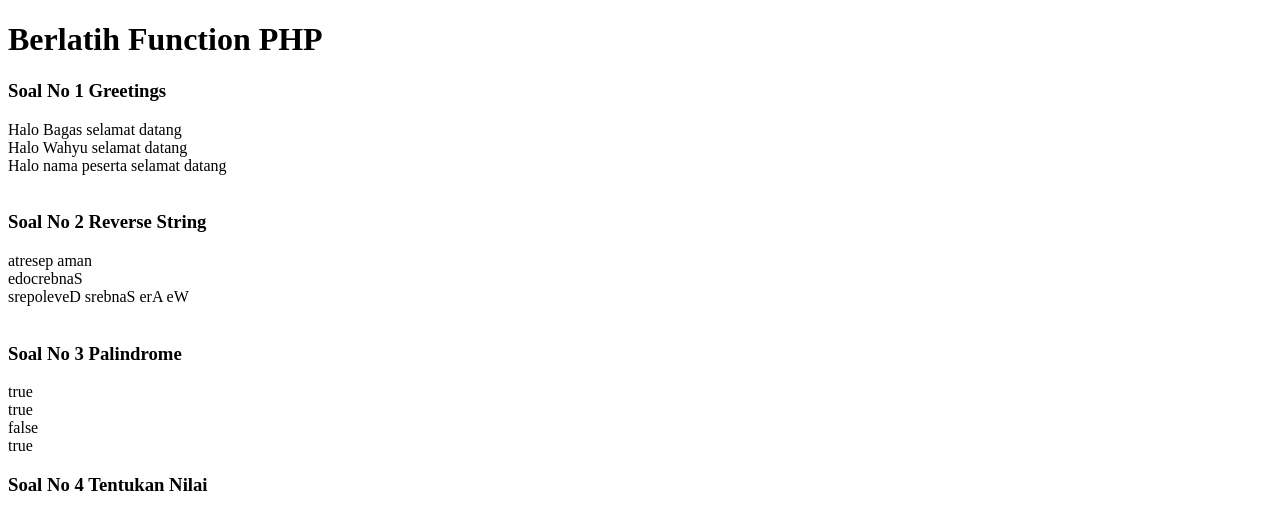
Repository: mfarhannr/IM-Sanbercode-Laravel-Web-Dev
Page: http://localhost/function-conditional.php
The author's editor kept a copy of each file at every save. The page is drawn from the files as they stood at one save, then again after the next save.
The browser window is 1280 px wide. The pictures show the whole page.
The page is run by PHP 8.4 with error messages shown; the project is at /var/www/html/.

Above is the page before, as saved 2023-10-06 13:30:21.

After the next save:
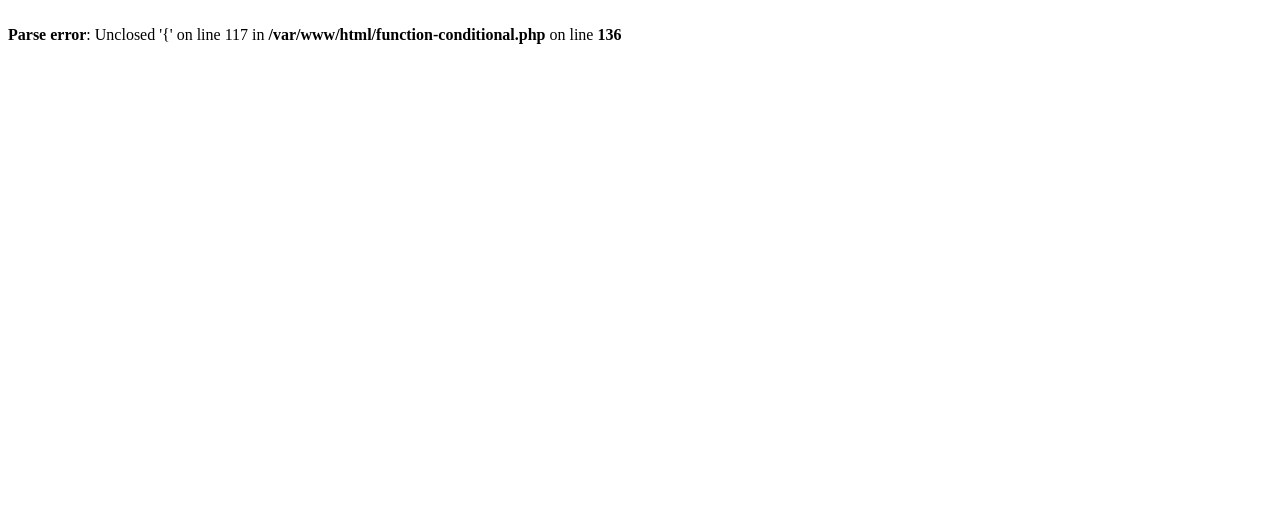
Saved 7 s later.
--- a/Soal-8-PHP/function-conditional.php
+++ b/Soal-8-PHP/function-conditional.php
@@ -120,7 +120,7 @@ function tentukan_nilai($angka){
         $output .= "Sangat baik";
     }else if($angka>=70 && $angka<85){
         $output .= "Baik";
-    }
+    }else if($angka>=70 && $angka<85){
 }
 // Hapus komentar di bawah ini untuk jalankan code
 // echo tentukan_nilai(98); //Sangat Baik
